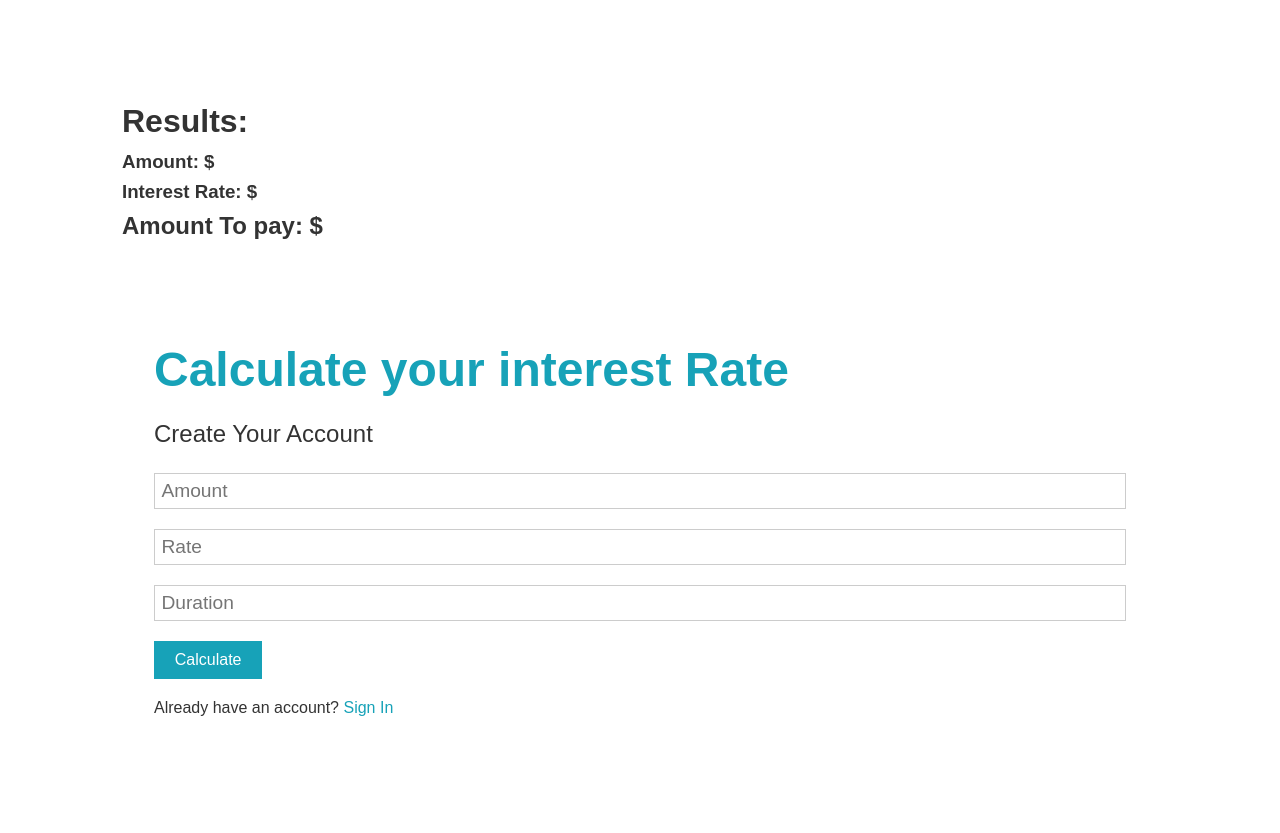
Repository: codding-ideas/loan-calculator
Page: / (app in client/)
An editor plug-in stored every save of this project. The page is shown before and after the next save, followed by the edit.
The browser window is 1280 px wide. The pictures show the whole page.
The project was rebuilt for these pictures with package versions that can differ from the ones it lists, and the page was loaded fresh each time.

Above is the page before, as saved 2019-07-09 09:26:36.

After the next save:
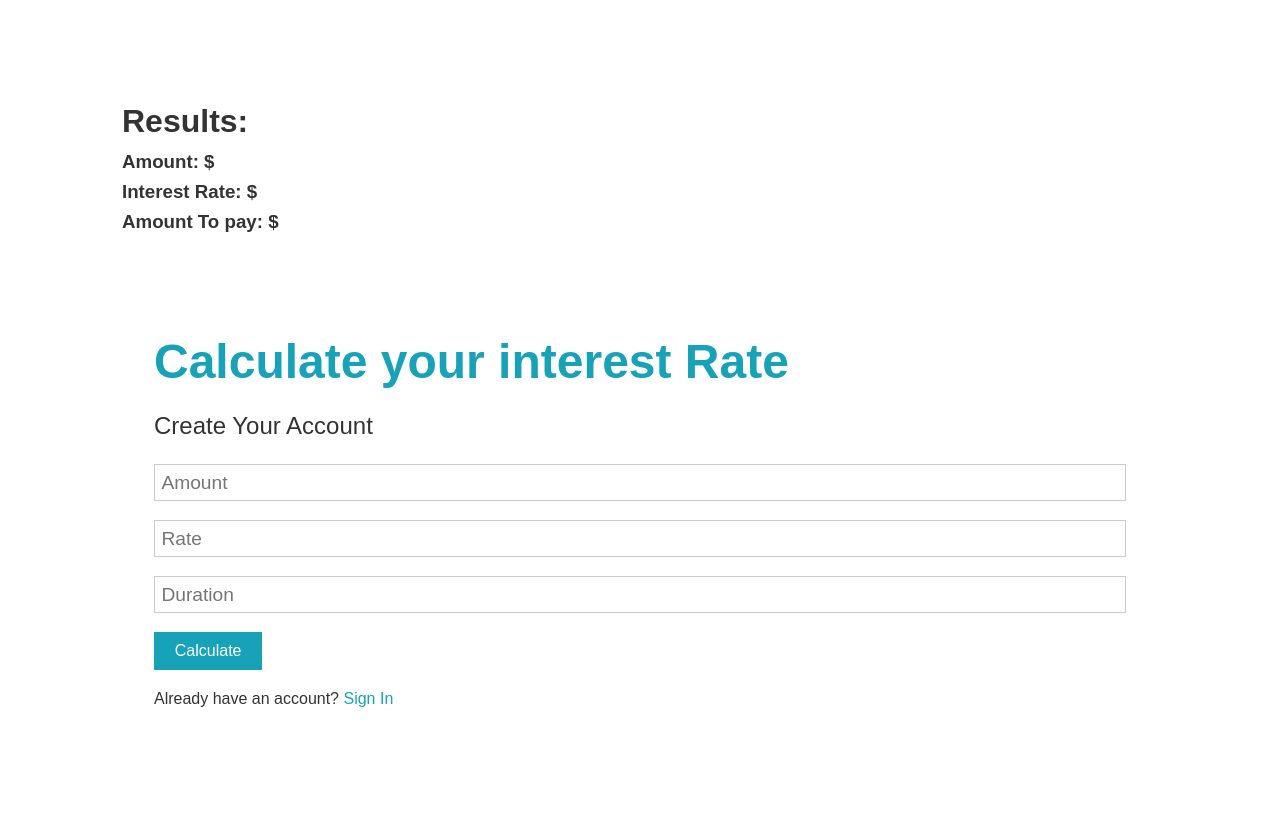
Saved 30 min 54 s later.
--- a/client/src/componets/Results.js
+++ b/client/src/componets/Results.js
@@ -8,7 +8,7 @@ const Results = (props) => {
             <h1>Results:</h1>
             <h3>Amount: $ {props.loan.amount}</h3>
             <h3>Interest Rate: ${props.loan.interestRate}</h3>
-            <h2>Amount To pay: ${props.loan. amountToPay}</h2>
+            <h3>Amount To pay: ${props.loan. amountToPay}</h3>
         </div>
     )
 }
